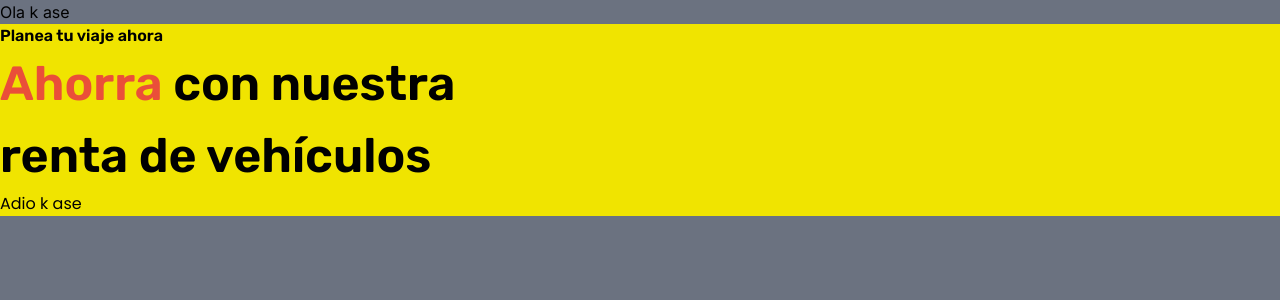
Repository: aldovelacasas/PF_RentCar2
Page: /homePage
The author's editor kept a copy of each file at every save. The page is drawn from the files as they stood at one save, then again after the next save.
The browser window is 1280 px wide. The pictures show the whole page.
The project was rebuilt for these pictures with package versions that can differ from the ones it lists, and the page was loaded fresh each time. The framework's server and built-in components were replaced by stand-ins that run in the browser. Also part of the build but not shown: next.config.js.

Above is the page before, as saved 2023-08-29 18:58:12.

### src/app/layout.jsx
import "./globals.css";
import { Inter } from "next/font/google";

const inter = Inter({ subsets: ["latin"] });

export const metadata = {
  title: "Create Next App",
  description: "Generated by create next app",
};

export default function RootLayout({ children }) {
  return (
    <html lang="en">
      <body className={inter.className}>
        <h1>Ola k ase</h1>
        <div className="h-[calc(100vh-5rem)]">{children}</div>
      </body>
    </html>
  );
}

### src/app/homePage/page.jsx
import { Rubik, Poppins } from "next/font/google";

const fontRubik = Rubik({
  weight: "600",
  subsets: ["latin"],
});

const fontPoppins = Poppins({
  weight: "400",
  subsets: ["latin"],
});
const poppins = fontPoppins.className;
const rubik = fontRubik.className;

function HomePage() {
  return (
    <div className={`bg-amarillo_status ${rubik} space-y-0`}>
      <p className={`${poppins.className}`}>Planea tu viaje ahora</p>
      <p className="text-[3em] mb-0 pb-0">
        <span className="text-naranja_enf mb-0 pb-0">Ahorra </span>con nuestra{" "}
      </p>
      <p className="text-[3em] mt-0 pt-0">renta de vehículos</p>
      <div>
        <p className={`${poppins}`}>Adio k ase</p>
      </div>
    </div>
  );
}

export default HomePage;

### src/app/api/products/[id]/route.js
import { NextResponse } from "next/server";
import {conn} from "@/libs/mysql"

export async function GET(request,{params}){
  try {
    const result = await conn.query("SELECT * FROM product WHERE id = ?", [params.id])
    if(result.length === 0 ){
        return NextResponse.json(
         {
            message: "producto no encontrado",
         },
         {
            status:404,
         }
        );
    }
    return NextResponse.json(result[0])
  } catch (error) {
    return NextResponse.json(
        {
            message:error.message,
        },
        {status: 500}
    )
  }
}

export async function DELETE (request,{params} ){
    try {
     const result = await conn.query("DELETE FROM product WHERE id = ?", [params.id]);
     if(result.affectedRows === 0){
         return NextResponse.json({message:"Producto no encontrado"},{status:404})
     }

     return new Response (null, {status: 204})
 } catch (error) {
     return NextResponse.json({message:error.message},{status:500})
 }
    }

export async  function PUT(request, {params}){
   try {
    const data = await request.json()
    const result = await conn.query("UPDATE product SET ? WHERE id = ?", [data , params.id])

    if (result.affectedRows === 0) {
        return NextResponse.json(
        {
            message: "producto no encontrado",
        },
        {
            status: 400,
        }
        )
    }
     const updateProduct = await conn.query("SELECT * FROM product WHERE id = ?", [params.id])

  return NextResponse.json(updateProduct[0])

   } catch (error) {
    return NextResponse.json(
        {
            message: error.message,
        },
        { status: 500}
    )
   }
}

### src/app/api/products/route.js
import { NextResponse } from "next/server";
import {conn} from "@/libs/mysql";

export async function GET(){
    try {
        const results = await conn.query("SELECT * FROM product");
        return NextResponse.json(results)

    } catch (error) {
        return NextResponse.json(
        {
          message: error.message,
        },
        {
            status:500,
        }

        );
    }
}

    export async function POST (request) {
  try {
    const {name, price, year, model, capacity, type, description, image, transmission,  }= await request.json();

    const result  = await conn.query("INSERT INTO product SET ?", {
        name,
        price,
        year,
        model,
        capacity,
        type,
        transmission,
        image,
        description

    })

    return NextResponse.json({
        name,
        price,
        year,
        model,
        capacity,
        type,
        transmission,
        image,
        description,
        id: result.insertId,

    })

  } catch (error) {
    console.log(error);
    return NextResponse.json(
    {
        message: error.message,
    },
    {
        status:500,
    }
    );
  }

}

### src/app/globals.css
@tailwind base;
@tailwind components;
@tailwind utilities;

body {
   @apply bg-gray-500; /* Fondo más claro */
   color: gray-800; /* Texto oscuro */
}

### tailwind.config.js
/** @type {import('tailwindcss').Config} */
module.exports = {
  content: [
    "./src/pages/**/*.{js,ts,jsx,tsx,mdx}",
    "./src/components/**/*.{js,ts,jsx,tsx,mdx}",
    "./src/app/**/*.{js,ts,jsx,tsx,mdx}",
  ],
  theme: {
    extend: {
      backgroundImage: {
        "gradient-radial": "radial-gradient(var(--tw-gradient-stops))",
        "gradient-conic":
          "conic-gradient(from 180deg at 50% 50%, var(--tw-gradient-stops))",
      },
      colors: {
        gris_fondo: "#dbdbdb",
        gris_frente: "#e9e9e9",
        negro_fondo: "#282828",
        naranja_enf: "#ea4f39",
        rojo_status: "#e30613",
        verde_status: "#4aaf4d",
        amarillo_status: "#f0e400",
      },
    },
  },
  plugins: [],
};

Loaded but not shown: src/app/api/bookings/[id]/route.js (no copy from this time; the picture is the same without it); src/app/api/bookings/route.js (no copy from this time; the picture is the same without it); src/app/api/create-payment-intent/route.js (no copy from this time; the picture is the same without it); src/app/api/post/[id]/route.js (no copy from this time; the picture is the same without it); src/app/api/post/route.js (no copy from this time; the picture is the same without it); src/app/api/users/[id]/route.js (no copy from this time; the picture is the same without it); src/app/api/users/route.js (no copy from this time; the picture is the same without it)

After the next save:
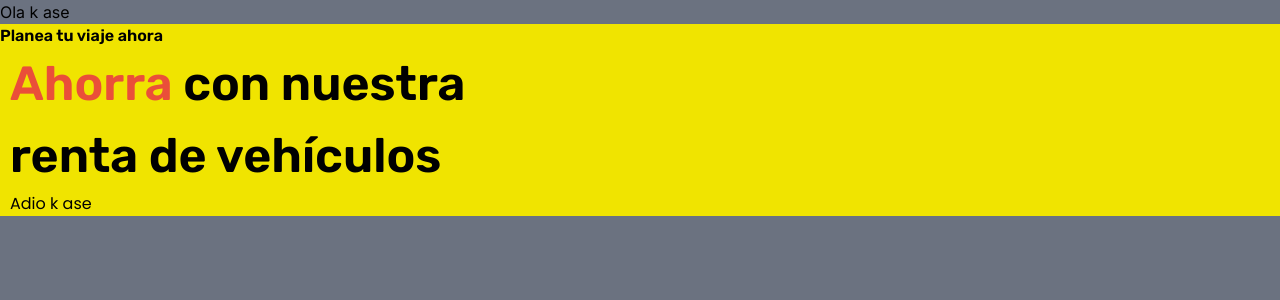
Saved 15 s later.
--- a/src/app/homePage/page.jsx
+++ b/src/app/homePage/page.jsx
@@ -14,7 +14,7 @@ const rubik = fontRubik.className;
 
 function HomePage() {
   return (
-    <div className={`bg-amarillo_status ${rubik} space-y-0`}>
+    <div className={`bg-amarillo_status ${rubik} space-y-0 space-x-2.5`}>
       <p className={`${poppins.className}`}>Planea tu viaje ahora</p>
       <p className="text-[3em] mb-0 pb-0">
         <span className="text-naranja_enf mb-0 pb-0">Ahorra </span>con nuestra{" "}
